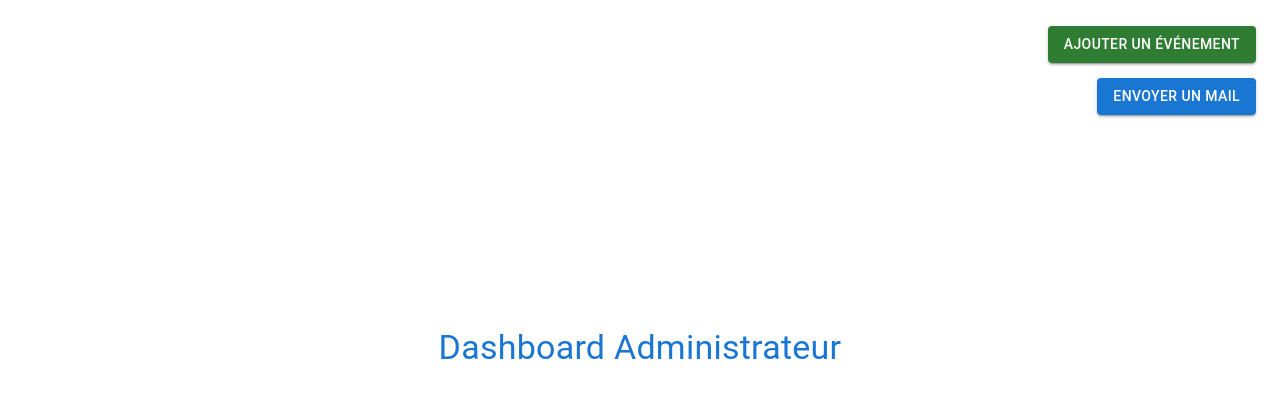
Repository: clement-chn/challenge-48h
Page: /dashboard (app in front/)
An editor plug-in stored every save of this project. The page is shown before and after the next save, followed by the edit.
The browser window is 1280 px wide. The pictures show the whole page.
The project was rebuilt for these pictures with package versions that can differ from the ones it lists, and the page was loaded fresh each time. Also part of the build but not shown: front/vite.config.js.

Above is the page before, as saved 2025-04-03 11:59:44.

After the next save:
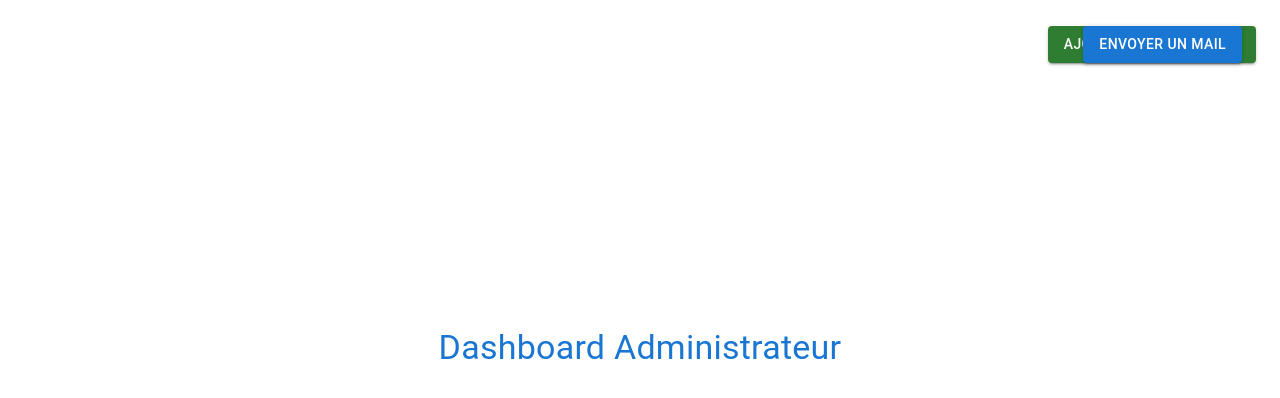
Saved 25 s later.
--- a/front/src/Routes/dashboard.jsx
+++ b/front/src/Routes/dashboard.jsx
@@ -47,7 +47,7 @@ const AdminDashboard = () => {
       </Box>
 
       {/* Bouton pour envoyer un mail */}
-      <Box sx={{ position: 'absolute', top: 70, right: 16, borderRadius: 1, p: 1 }}>
+      <Box sx={{ position: 'absolute', top: 18, right: 30, borderRadius: 1, p: 1 }}>
         <Button variant="contained" color="primary" onClick={() => alert('Mail envoyé !')}>
           Envoyer un mail
         </Button>
